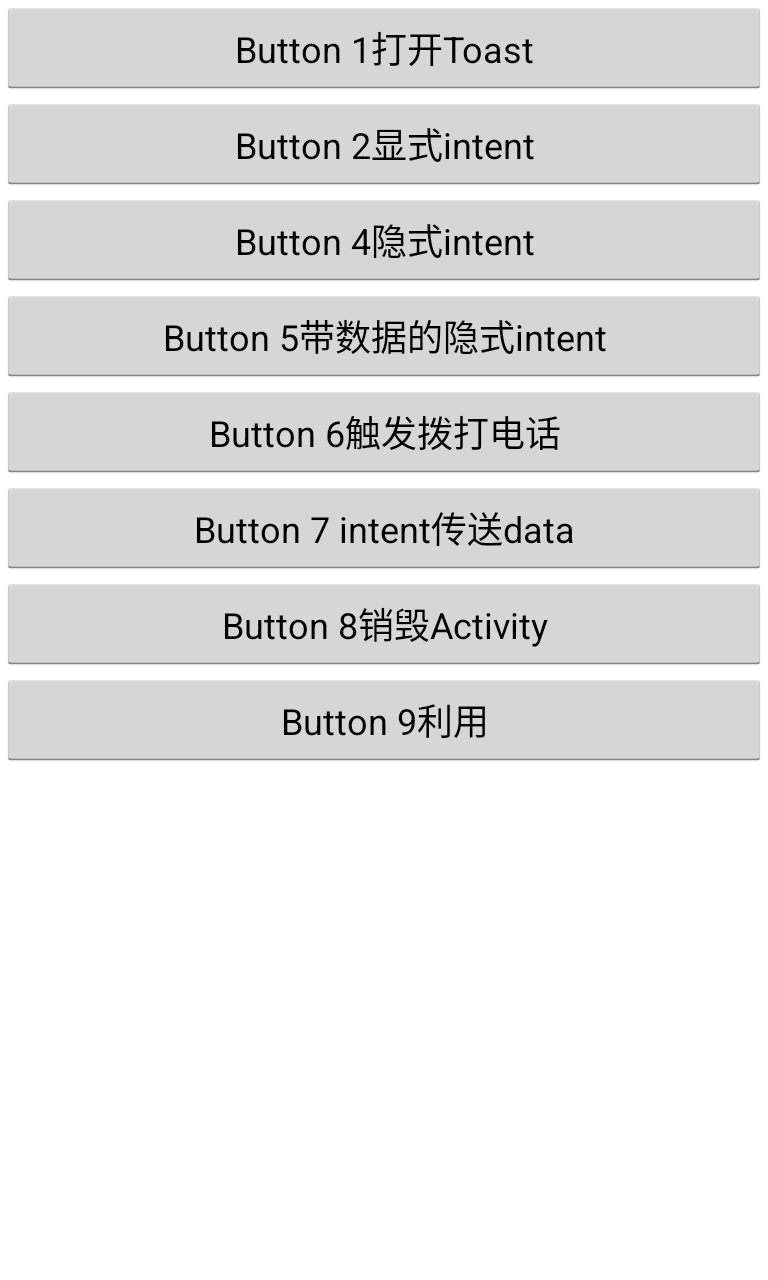
Repository: liujianpc/AndroidStudy
Layout: TestOptionMenue/res/layout/main_activity.xml
An editor plug-in stored every save of this project. The layout is shown before and after the next save, followed by the edit.
It is drawn on a 768 x 1280 px phone screen (xhdpi) without system bars, with theme AppTheme; the app's code is not run.

Above is the layout before, as saved 2016-07-10 06:29:19.

After the next save:
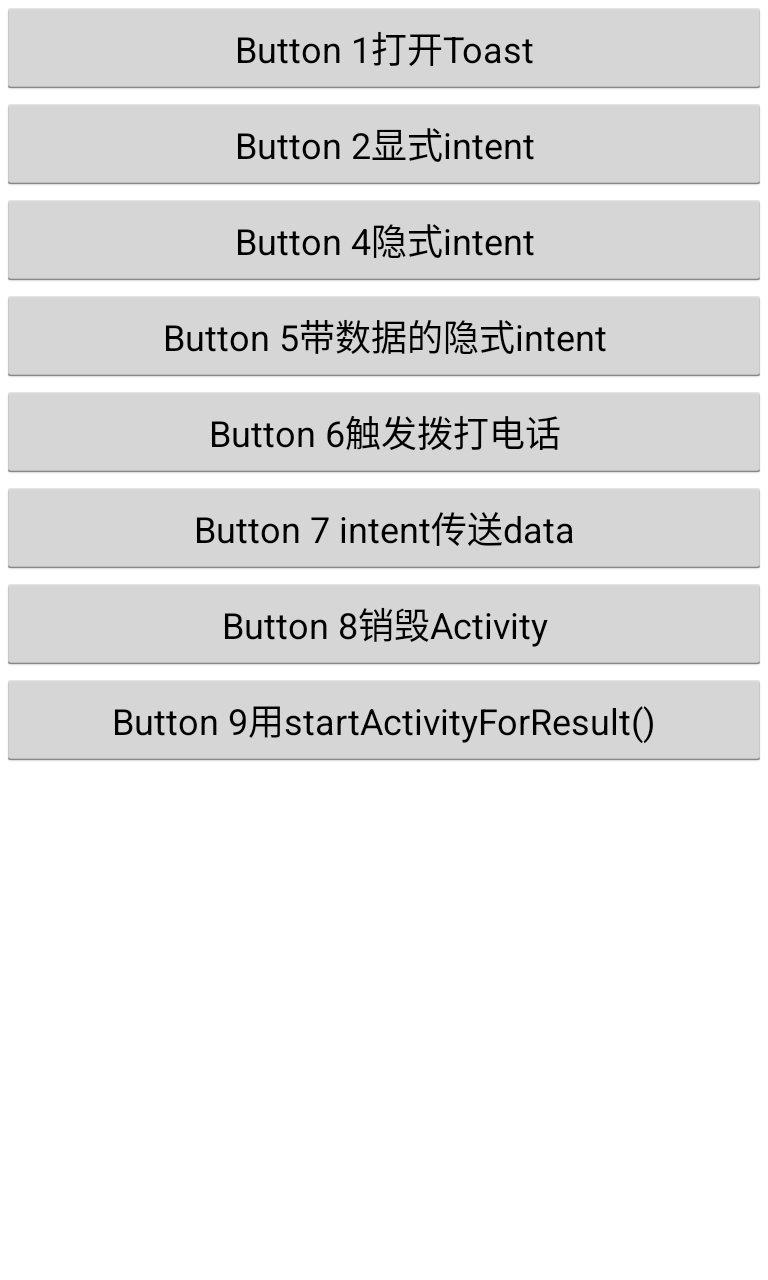
Saved 72 s later.
--- a/TestOptionMenue/res/values/strings.xml
+++ b/TestOptionMenue/res/values/strings.xml
@@ -16,7 +16,7 @@
     <string name="Button_6">Button 6触发拨打电话</string>
     <string name="Button_7">Button 7 intent传送data</string>
     <string name="Button_8">Button 8销毁Activity</string>
-    <string name="Button_9">Button 9利用</string>
+    <string name="Button_9">Button 9用startActivityForResult()</string>
     <string name="title_activity_third">ThirdActivity</string>
     <string name="title_activity_fourth">FourthActivity</string>
     <string name="StringContent">this is the fourth Activity.data comes from firstActivity</string>
